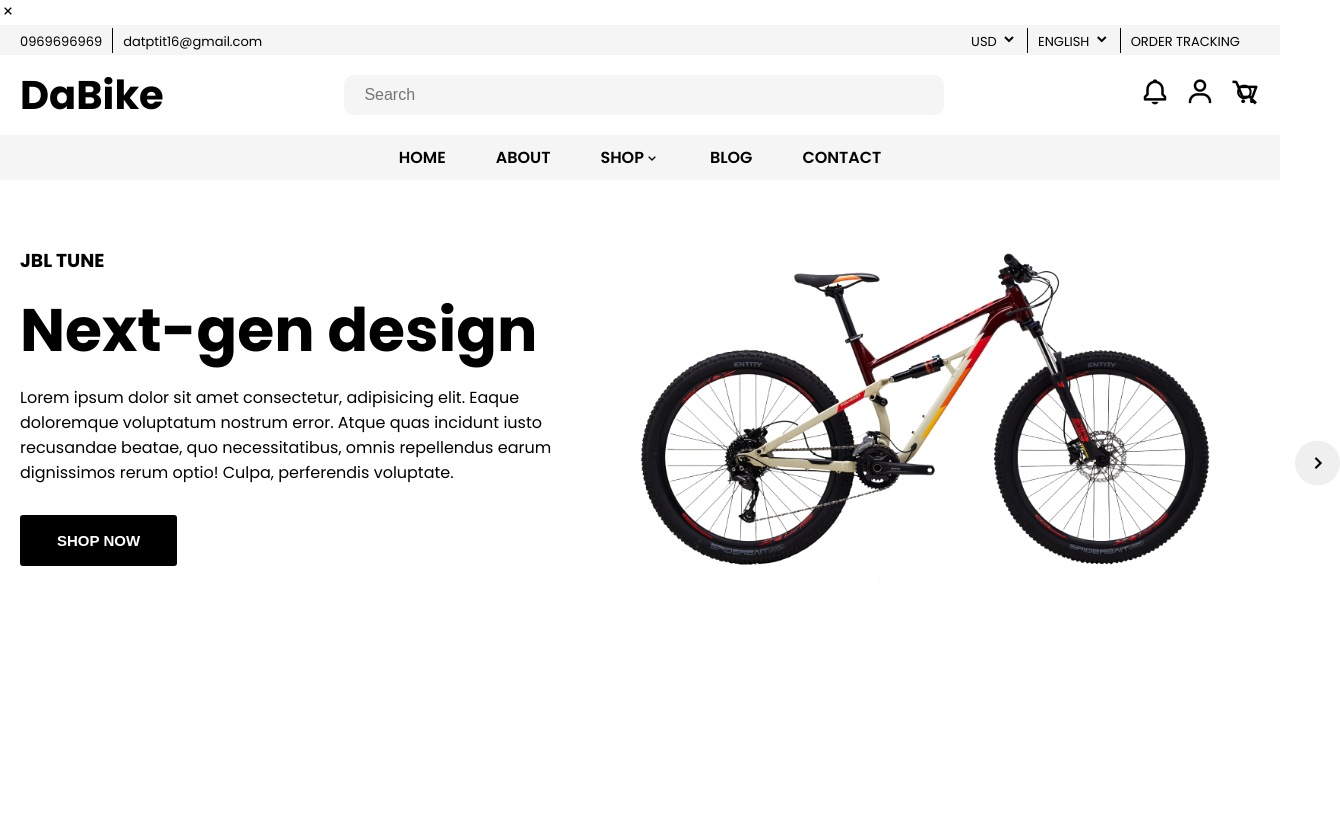
Repository: Datt21/DacMaxx
Page: index.html
An editor plug-in stored every save of this project. The page is shown before and after the next save, followed by the edit.
The browser window is 1280 px wide. The page is 1340 px wide, so the pictures cover 1340 px, including what lies to the right of the window. The pictures show the whole page.

Above is the page before, as saved 2021-07-07 01:52:40.

After the next save:
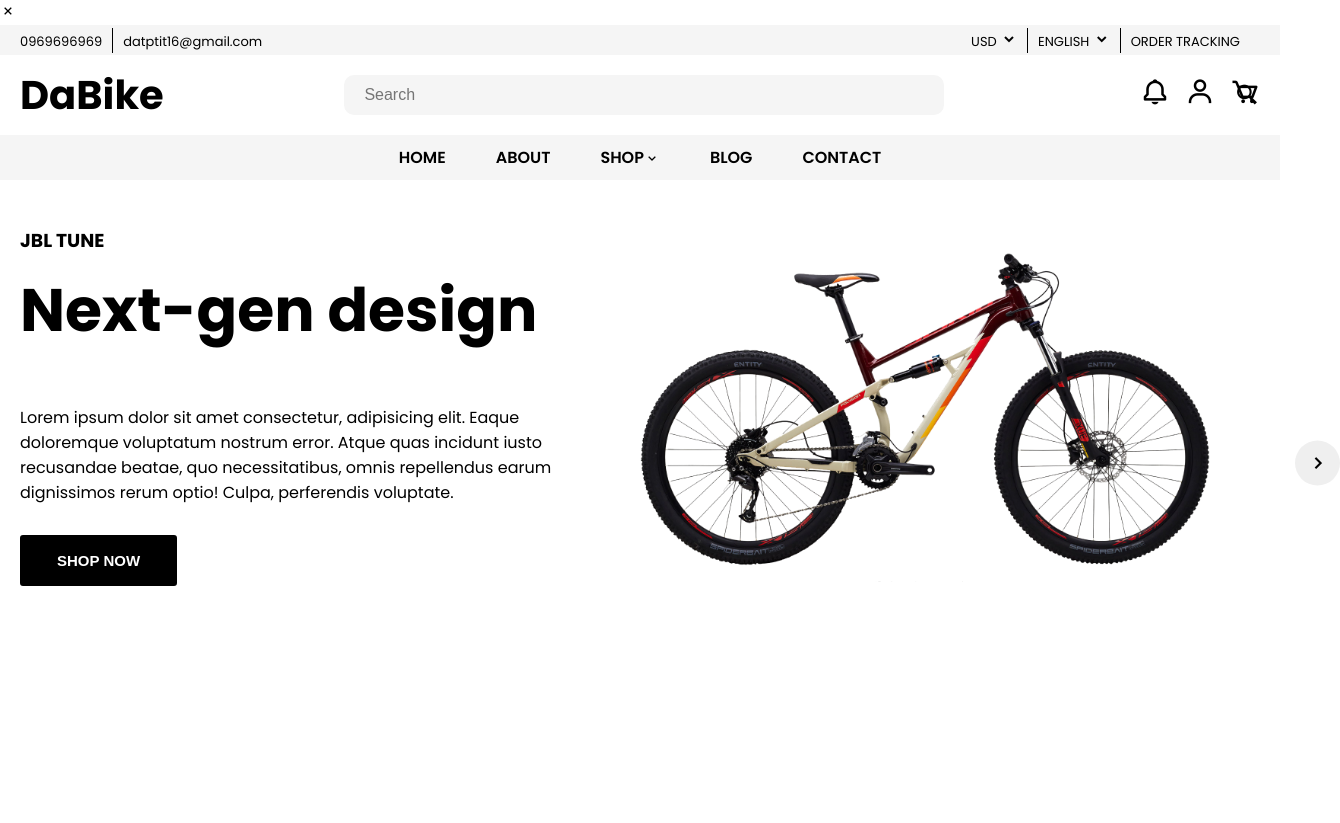
Saved 7 s later.
--- a/css/app.css
+++ b/css/app.css
@@ -324,7 +324,7 @@ ul.devided > li:last-child{
 
 .info-content h2{
     font-size: 60px;
-    margin: 10px 0 10px;
+    margin: 10px 0 50px;
 }
 
 .info-content button {
